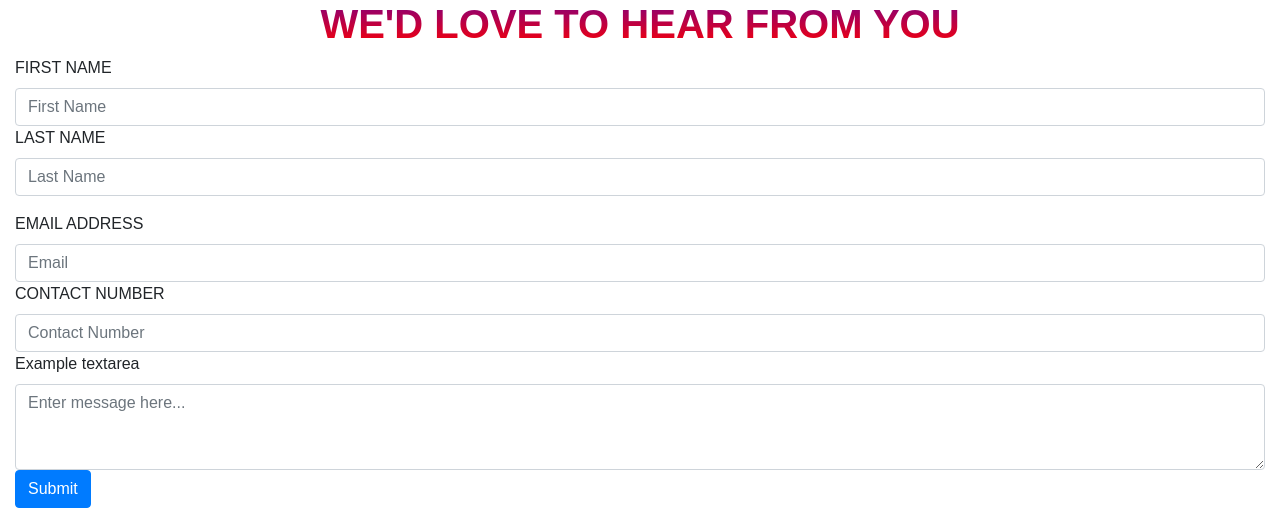
Repository: KJY93/User_Centric_Frontend_Development_Project
Page: contact.html
The author's editor kept a record of every edit. The page is drawn from the files as they stood at one moment, then again after the next edit.
The browser window is 1280 px wide. The pictures show the part of the page from y = 263 to 787 px (the page is 771 px tall before and 787 px after).
Some web fonts or font styles are not loaded; a fallback is used. Some web libraries are served in a nearby version.

Above is the page before.

### contact.html
<!DOCTYPE html>
<html lang="en-US">
	<head>
	    <meta charset="UTF-8">
	    <meta name="viewport" content="width=device-width, initial-scale=1.0">
	    <meta http-equiv="X-UA-Compatible" content="ie=edge">
	    <title>Shape Shifters | Our Clubs</title>

		<!-- Google Fonts -->
	    <link href="https://fonts.googleapis.com/css?family=Cute+Font&display=swap" rel="stylesheet">

	    <!-- Logo -->
	    <link rel="icon" href="static/fitness-logo.ico">

	    <!-- Bootstrap CSS -->
	    <link rel="stylesheet" href="https://stackpath.bootstrapcdn.com/bootstrap/4.3.1/css/bootstrap.min.css" integrity="sha384-ggOyR0iXCbMQv3Xipma34MD+dH/1fQ784/j6cY/iJTQUOhcWr7x9JvoRxT2MZw1T" crossorigin="anonymous">

	    <!-- External CSS StyleSheet -->
		<link rel="stylesheet" type="text/css" href="static/styles.css">

		<!-- Bootstrap JS -->
	    <script src="https://code.jquery.com/jquery-3.3.1.slim.min.js" integrity="sha384-q8i/X+965DzO0rT7abK41JStQIAqVgRVzpbzo5smXKp4YfRvH+8abtTE1Pi6jizo" crossorigin="anonymous"></script>
	    <script src="https://cdnjs.cloudflare.com/ajax/libs/popper.js/1.14.7/umd/popper.min.js" integrity="sha384-UO2eT0CpHqdSJQ6hJty5KVphtPhzWj9WO1clHTMGa3JDZwrnQq4sF86dIHNDz0W1" crossorigin="anonymous"></script>
	    <script src="https://stackpath.bootstrapcdn.com/bootstrap/4.3.1/js/bootstrap.min.js" integrity="sha384-JjSmVgyd0p3pXB1rRibZUAYoIIy6OrQ6VrjIEaFf/nJGzIxFDsf4x0xIM+B07jRM" crossorigin="anonymous"></script>

	    <!-- Font Awesome -->
	    <script src="https://kit.fontawesome.com/3df94da5fe.js"></script>
	</head>
	<body>
	    <main>
	        <!-- Navbar -->
			<nav class="navbar navbar-expand-md navbar-dark bg-danger">
			  	<a class="navbar-brand" href="#"><i class="fas fa-home"></i></a>
			  	<button class="navbar-toggler" type="button" data-toggle="collapse" data-target="#navbarNav">
			    <span class="navbar-toggler-icon"></span>
			  	</button>
			  	<div class="collapse navbar-collapse" id="navbarNav">
			    	<ul class="navbar-nav ml-auto">
			      		<li class="nav-item">
			        		<a class="nav-link" href="#">Clubs</a>
			      		</li>
			      		<li class="nav-item">
			        		<a class="nav-link" href="#">Timetables</a>
			      		</li>
			    	</ul>

			    	<ul class="navbar-nav ml-auto">
			      		<li class="nav-item">
			        		<a class="nav-link" href="#">Contact Us</a>
			      		</li>
			    	</ul>
			  	</div>
			</nav>

			<!-- Timetables background -->
			<div id="contact-us-background"></div>

			<!-- Contact Us Header-->
			<div>
				<h1 class="club-header contact-us"><strong>WE'D LOVE TO HEAR FROM YOU</strong></h1>
			</div>

			<div class="container-fluid">

                <form method="post" action="">
                    <div class="form-group">
                        <div class="form-attribute"><label class="form-attribute" for="firstname">FIRST NAME</label>
                        <input type="text" class="form-control" id="firstname" placeholder="First Name">
                    </div>

                    <div class="form-group">
                        <div class="form-attribute"><label for="lastname">LAST NAME</label></div>
                        <input type="text" class="form-control" id="lastname" placeholder="Last Name">
                    </div>

                    <div class="form-group">
                        <div class="form-attribute"><label for="email-address">EMAIL ADDRESS</label>
                        <input type="email" class="form-control" id="email-address" placeholder="Email">
                    </div>

                    <div class="form-group">
                        <div class="form-attribute"><label for="contact-number">CONTACT NUMBER</label>
                        <input type="text" class="form-control" id="contact-number" placeholder="Contact Number">
                    </div>

                    <div class="form-group">
                        <div class="form-attribute"><label for="message-field">Example textarea</label>
                        <textarea class="form-control" id="message-field" rows="3" placeholder="Enter message here..."></textarea>
                    </div>

                    <div class="generic-submit-btn-container"><button type="submit" class="btn btn-primary">Submit</button></div>
                </form>

			</div>

	   </main>
	</body>
</html>

### static/styles.css
body, html {
	height: 100%;
}

body {
	font-family: 'Cute Font', cursive, sans-serif;
}

#subscription {
  background: transparent;
  border: none;
  border-bottom: 1px solid #a9a9a9;
  box-shadow: none;
  border-radius: 0;
}

.iframe-video-size {
	width: 300px;
	height: 320px;
}

.social-media-logo {
	margin-right: 5px;
}

.separator {
	margin-bottom: 10px;
	height: 2px;
	width: 30px;
	background: rgb(255, 0, 0);
	z-index: 1;
}

.row {
	margin-left: 0;
	margin-right: 0;
}

#advert > h1 {
	color: #ffffff;
}

#signup-link {
	color: #ffffff;
}

input[type="email"] {
 	font-size: 1em;
}

.col-sm-12, .col-md-6, .nav-link, #signup-link {
	font-size: 1.3em;
}

.link-deco:link {
	text-decoration: none;
}

.link-deco:hover {
	font-size:120%;
}

.link-font-color, button > .link-deco:hover {
	color: #ffffff;
}

.box2, .box3 {
	background: rgba(255,117,117,0.1);
}

.button-container, p, .challenge-container, #signup-container, .box3, .box2 {
	text-align: center;
}

#divider {
	width: 100%;
	border: 1px solid black;
}

footer {
	padding-top: 35px;
	padding-bottom: 35px;
	background: rgba(0, 0, 0);
	color: #ffffff;
}

.box1 {
	background:url('../static/background-mobile.jpg');
	background-repeat: no-repeat;
	background-size: 100% 100%;
	height: 400px;
	display: flex;
	align-items: center;
	justify-content: center;
}

/*https://codepen.io/adamjohnson/pen/aokGt*/
/* Skew button design adapted from the above codepen project*/
.submit-btn {
	color: #fff;
	background: #ff0000;
	font-weight: 700;
	text-align: center;
	text-decoration: none;
	border: 0;
	outline: 0;
	font-size: 1.2rem;
	padding: 12px 35px;
	display: inline-block;
	transform: skew(-21deg);
	border-radius: 0;
}

.input-field-container {
	display: flex;
	flex-direction: row;
}

.submit-btn:hover {
	background: #0069a8;
}

span {
	display: inline-block; /* change to inline-block so that the text can be un-skewed*/
}

.submit-btn > span {
	-webkit-transform: skew(21deg);  /* Un-skew the text */
}

.btn-group {
	padding-left: 15px;
}

.flag-logo {
	padding-right: 10px;
}

#club-header-background {
	background:url('../static/bodycombat.jpg');
	background-repeat: no-repeat;
	background-size: 100% 100%;
	height: 200px;
}

.club-header {
	text-align: center;
	background: linear-gradient(to top, #ff0000 , #800080);
	-webkit-background-clip: text;
	-webkit-text-fill-color: transparent;
	font-size: 2.5em;
}

.location {
	display: flex;
	flex-direction: column;
	justify-content: center;
	align-items: center;
	color: #ffffff;
	margin-bottom: 20px;
}

.location:link {
	text-decoration: none;
}

.location:hover {
	opacity: 0.8;
}

.location:hover .location-name, .location:hover .club-info {
	background: linear-gradient(to top, #ff0000 , #ff9800);
	-webkit-background-clip: text;
	-webkit-text-fill-color: transparent;
}

.location-name {
	font-size: 2.3em;
}

.club-info {
	font-size: 1.2em;
	border: 1px solid #ffffff;
	padding-left: 20px;
	padding-right: 20px;
	border-radius: 20px;
}

#location-image-1 {
	background:url('../static/paragon.jpg');
    background-size: 100% 100%;
    background-repeat: no-repeat;
    background-position: center;
	border-radius: 10px;
	height: 250px;
}

#location-image-2 {
	background:url('../static/clarke-quay.jpg');
    background-size: 100% 100%;
    background-repeat: no-repeat;
    background-position: center;
	border-radius: 10px;
	height: 250px;
}

#location-image-3 {
	background:url('../static/tanjongpagar.jpg');
    background-size: 100% 100%;
    background-repeat: no-repeat;
    background-position: center;
	border-radius: 10px;
	height: 250px;
}

#location-image-4 {
	background:url('../static/vivocity.jpg');
    background-size: 100% 100%;
    background-repeat: no-repeat;
    background-position: center;
	border-radius: 10px;
	height: 250px;
}

#location-image-5 {
	background:url('../static/rafflesplace.jpg');
    background-size: 100% 100%;
    background-repeat: no-repeat;
    background-position: center;
	border-radius: 10px;
	height: 250px;
}

#location-image-6 {
	background:url('../static/rafflesmall.jpg');
    background-size: 100% 100%;
    background-repeat: no-repeat;
    background-position: center;
	border-radius: 10px;
	height: 250px;
}

#timetables-header-background {
	background:url('../static/groupyoga.jpg');
	background-repeat: no-repeat;
	background-size: 100% 100%;
	height: 250px;
}

/* override text alignment and font-size*/
.table {
	text-align: center;
	font-size: 1.3rem;
}

#contact-us-background {
	background:url('../static/reachout.jpg');
	background-repeat: no-repeat;
	background-size: 100% 100%;
	height: 200px;
}

/* for extra small device */
@media (max-width: 400px) {
	.iframe-video-size {
	width: 260px;
	height: 320px;
	}

	#club-header-background {
		height: 160px;
	}

	.club-header {
		font-size: 2.0em;
	}

	.location-name {
		font-size: 2.0em;
	}

	.club-info {
		font-size: 1.0em;
	}

	.contact-us {
		font-size: 1.5em;
	}
}

/* for medium screen device */
@media (min-width: 768px) and (max-width: 991.98px) {
	.box1 {
		background:url('../static/background.jpg');
		background-repeat: no-repeat;
		height: 550px;
		background-size: 100% 100%;
	}

	.box2 {
		text-align: center;
	}

	.btn-group {
		padding-left: 0;
	}

	.iframe-video-size {
		width: 340px;
		height: 320px;
	}

	#timetables-header-background {
		height: 450px;
	}

	.table {
		font-size: 1.8rem;
	}
}

/* for large screen device */
@media (min-width: 992px) {
	.box1 {
		height: 600px;
	}

	.btn-group {
		padding-left: 0;
	}

	.submit-btn {
		padding: 3px 35px;
	}

	.iframe-video-size {
		width: 470px;
		height: 320px;
	}

	#club-header-background {
		height: 376px;
	}

	#timetables-header-background {
		height: 600px;
	}
}

After the next edit:
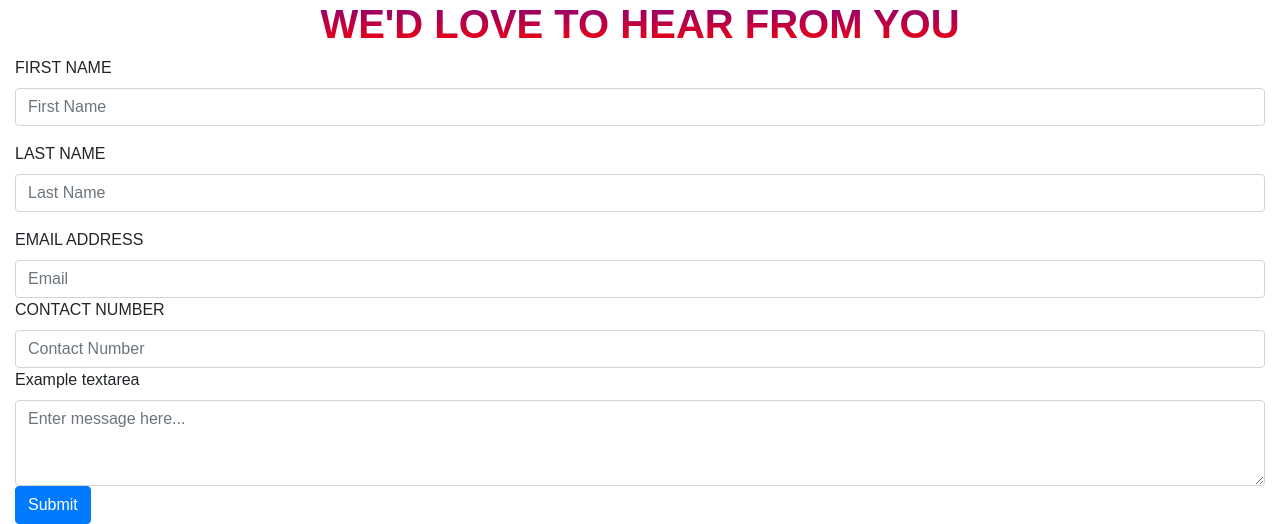
The edit:
--- a/contact.html
+++ b/contact.html
@@ -64,7 +64,7 @@
 
                 <form method="post" action="">
                     <div class="form-group">
-                        <div class="form-attribute"><label class="form-attribute" for="firstname">FIRST NAME</label>
+                        <div class="form-attribute"><label class="form-attribute" for="firstname">FIRST NAME</label></div>
                         <input type="text" class="form-control" id="firstname" placeholder="First Name">
                     </div>
 
